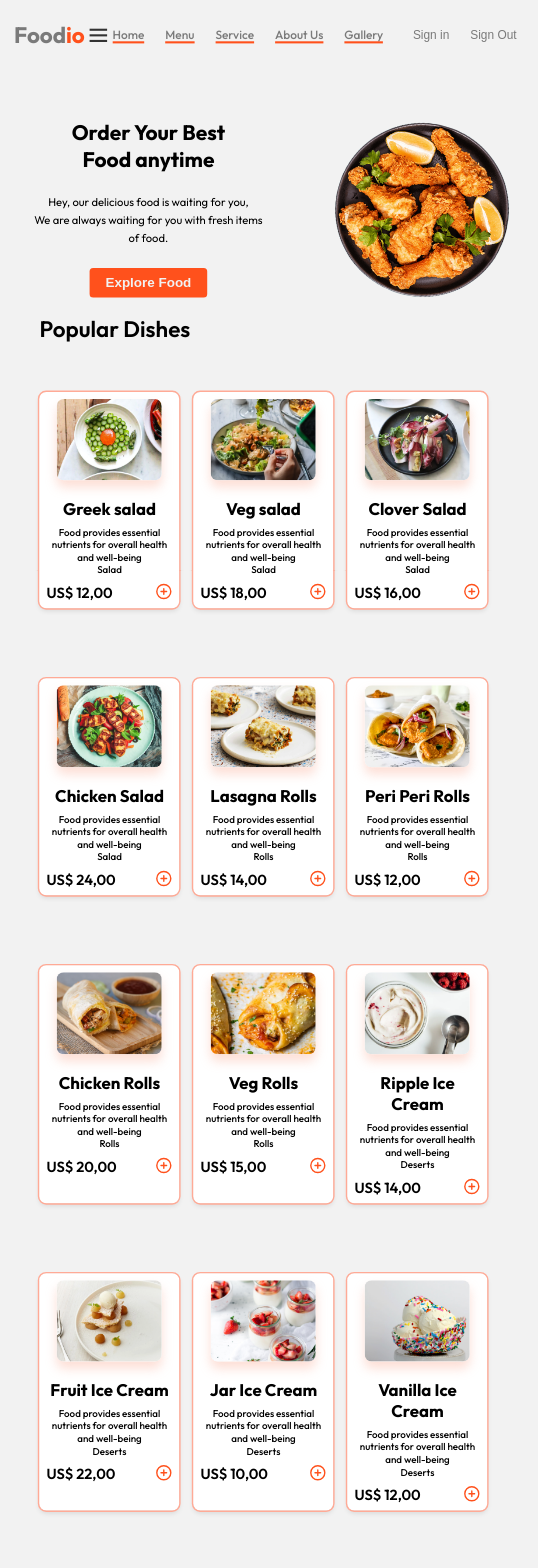
Repository: guilhermecardoso93/foodio
Page: /
An editor plug-in stored every save of this project. The page is shown before and after the next save, followed by the edit.
The browser window is 768 px wide. The pictures show the part of the page from y = 0 to 2240 px (the page is 5166 px tall), at 70% of full size.
The project was rebuilt for these pictures with package versions that can differ from the ones it lists, and the page was loaded fresh each time. Also part of the build but not shown: vite.config.js, src/index.css.

Above is the page before, as saved 2024-11-05 20:40:10.

After the next save:
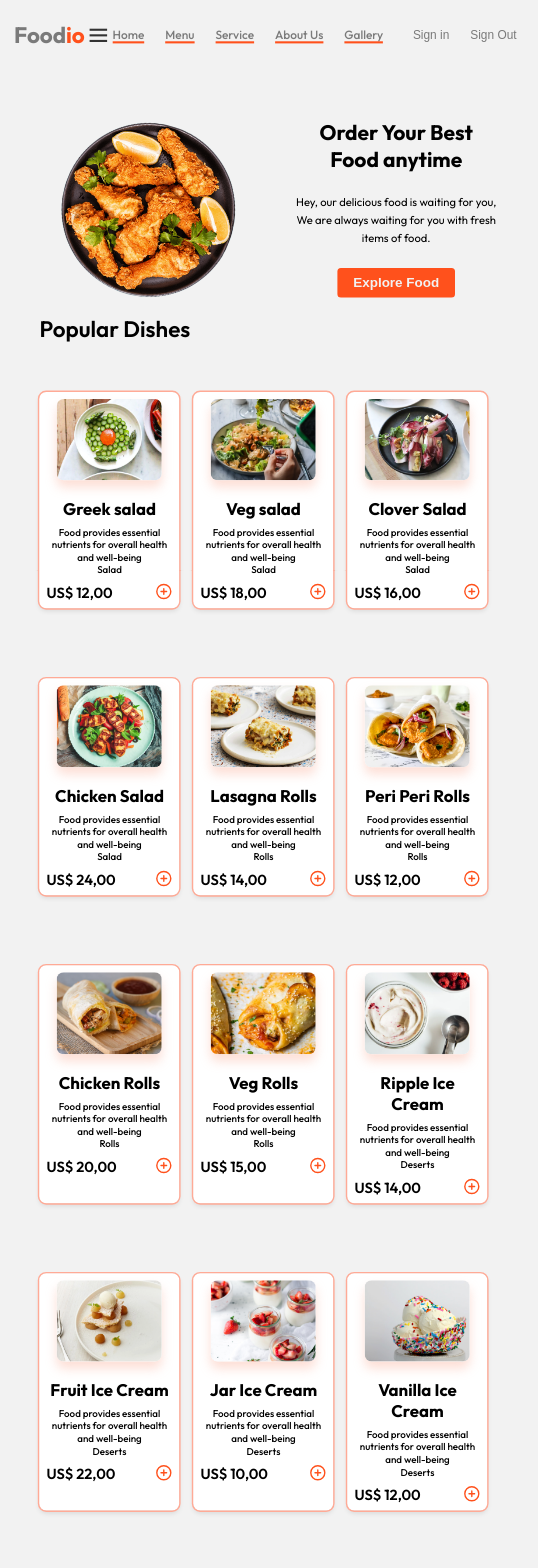
Saved 11 s later.
--- a/src/components/Menu/styles.css
+++ b/src/components/Menu/styles.css
@@ -127,5 +127,6 @@ input {
     width: 250px;
     height: 250px;
     margin: 0 auto;
+    order: -1;
   }
 }
